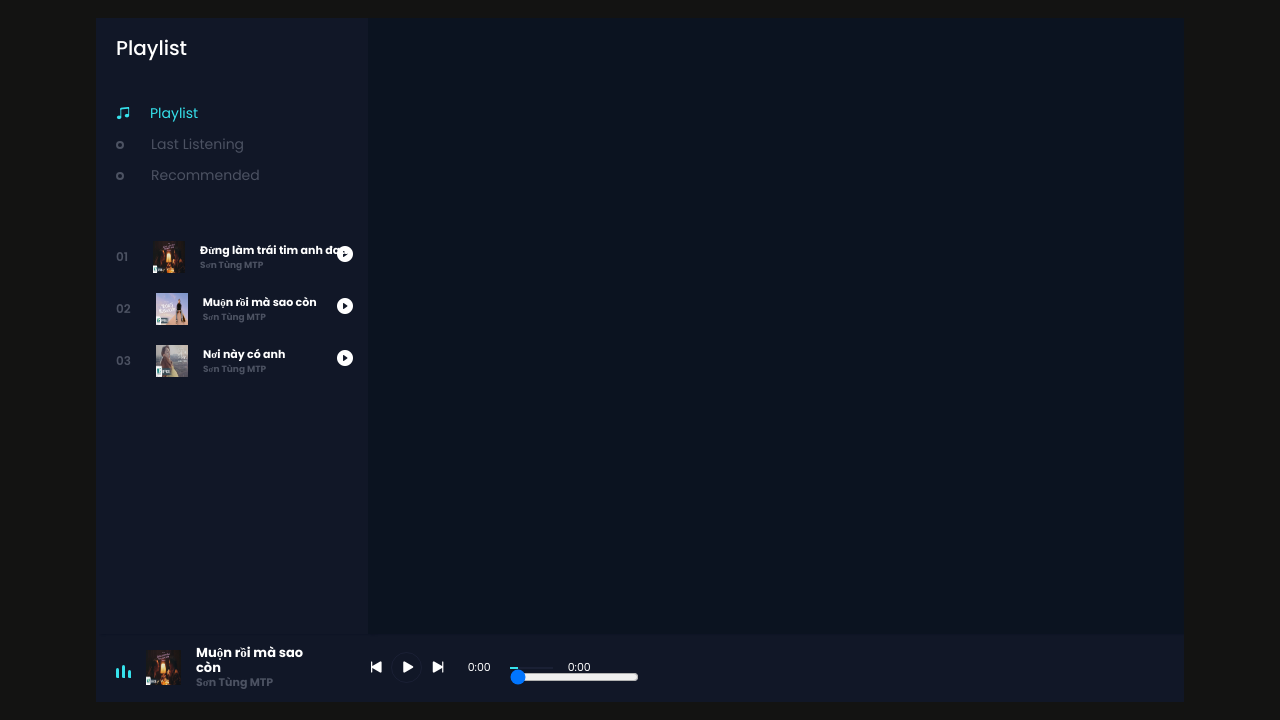
Repository: reminzuetto/Music-Website
Page: index.html
These files come from the project's save history. The page is drawn as it stood at one moment and after the next save; the edit follows.
The browser window is 1280 px wide. The pictures show the whole page.

Above is the page before, as saved 2024-06-11 00:02:39.

### index.html
<!DOCTYPE html>
<html lang="en">
  <head>
    <meta charset="UTF-8" />
    <meta name="viewport" content="width=device-width, initial-scale=1.0" />
    <link rel="stylesheet" href="./style.css" />
    <link
      rel="stylesheet"
      href="https://cdn.jsdelivr.net/npm/bootstrap-icons@1.11.3/font/bootstrap-icons.min.css"
    />
    <title>Music Website</title>
  </head>
  <body>
    <header>
      <div class="menu_side">
        <h1>Playlist</h1>
        <div class="playlist">
          <h4 class="active">
            <span></span><i class="bi bi-music-note-beamed"></i>Playlist
          </h4>
          <h4>
            <span></span><i class="bi bi-music-note-beamed"></i>Last Listening
          </h4>
          <h4>
            <span></span><i class="bi bi-music-note-beamed"></i>Recommended
          </h4>
        </div>
        <div class="menu_song">
          <li class="songItem">
            <span>01</span>
            <img
              src="./MusicThumbnail/DungLamTraiTimAnhDau.jpg"
              alt="DungLamTraiTimAnhDau"
            />
            <h5 class="subtitle">
              Đừng làm trái tim anh đau
              <div class="subtitle">Sơn Tùng MTP</div>
            </h5>
            <i class="bi bi-play-circle-fill"></i>
          </li>
          <li class="songItem">
            <span>02</span>
            <img
              src="./MusicThumbnail/MuonRoiMaSaoCon.jpg"
              alt="MuonRoiMaSaoCon"
            />
            <h5 class="subtitle">
              Muộn rồi mà sao còn
              <div class="subtitle">Sơn Tùng MTP</div>
            </h5>
            <i class="bi bi-play-circle-fill"></i>
          </li>
          <li class="songItem">
            <span>03</span>
            <img src="./MusicThumbnail/NoiNayCoAnh.jpg" alt="NoiNayCoAnh" />
            <h5 class="subtitle">
              Nơi này có anh
              <div class="subtitle">Sơn Tùng MTP</div>
            </h5>
            <i class="bi bi-play-circle-fill"></i>
          </li>
        </div>
      </div>
      <div class="song_side"></div>
      <div class="master_play">
        <div class="wave">
          <div class="wave1"></div>
          <div class="wave1"></div>
          <div class="wave1"></div>
        </div>
        <img
          src="./MusicThumbnail/DungLamTraiTimAnhDau.jpg"
          alt="DungLamTraiTimAnhDau"
        />
        <h5 class="subtitle">
          Muộn rồi mà sao còn
          <div class="subtitle">Sơn Tùng MTP</div>
        </h5>
        <div class="icon">
          <i class="bi bi-skip-start-fill"></i>
          <i class="bi bi-play-fill"></i>
          <i class="bi bi-skip-end-fill"> </i>
        </div>
        <span class="currentStart">0:00</span>
        <div class="bar">
          <input type="range" id="seek" min="0" value="0" max="100" />
          <div class="bar2"></div>
          <div class="dot"></div>
        </div>
        <span class="currentEnd">0:00</span>
      </div>
    </header>
    <script src="./main.js"></script>
  </body>
</html>

### style.css
@import url("https://fonts.googleapis.com/css2?family=Poppins:ital,wght@0,100;0,200;0,300;0,400;0,500;0,600;0,700;0,800;0,900;1,100;1,200;1,300;1,400;1,500;1,600;1,700;1,800;1,900&display=swap");
* {
  padding: 0%;
  margin: 0%;
  box-sizing: border-box;
}

body {
  width: 100%;
  height: 100vh;
  background-color: #131312;
  font-family: "Poppins", "sans-serif";
  display: flex;
  align-items: center;
  justify-content: center;
}

header {
  width: 85%;
  height: 95%;
  /* border: 1px solid #fff; */
  display: flex;
  flex-wrap: wrap;
  overflow: hidden;
}

header .menu_side,
.song_side {
  position: relative;
  width: 25%;
  height: 90%;
  /* border: 1px solid #fff; */
  background-color: #111727;
  box-shadow: 5px 0px 2px #090f1f;
  color: #fff;
}

header .song_side {
  width: 75%;
  background: #0b1320;
}

header .master_play {
  width: 100%;
  height: 10%;
  background: #111727;
  box-shadow: 0px 3px 8px #090f1f;
}

header .menu_side h1 {
  font-size: 20px;
  margin: 15px 0px 0px 20px;
  font-weight: 500;
}

header .menu_side .playlist {
  margin: 40px 0px 0px 20px;
}
header .menu_side .playlist h4 {
  font-size: 14px;
  font-weight: 400;
  padding-bottom: 10px;
  color: #4c5262;
  cursor: pointer;
  display: flex;
  align-items: center;
  transition: 0.3 linear;
}

header .menu_side .playlist h4:hover {
  color: #fff;
}
header .menu_side .playlist h4 span {
  position: relative;
  margin-right: 35px;
}
header .menu_side .playlist h4 span::before {
  content: "";
  position: absolute;
  width: 4px;
  height: 4px;
  border: 2px solid #4c5262;
  border-radius: 50%;
  top: -4px;
  transition: 0.3s linear;
}

header .menu_side .playlist h4:hover span::before:hover {
  border: 2px solid #fff;
}

header .menu_side .playlist h4 .bi {
  display: none;
}

header .menu_side .playlist .active {
  color: #36e2ec;
}

header .menu_side .playlist .active span {
  display: none;
}

header .menu_side .playlist .active .bi {
  display: block;
  margin-right: 20px;
}

header .menu_side .menu_song {
  width: 100%;
  height: 320px;
  /* border: 1px solid #fff; */
  margin-top: 40px;
}
header .menu_side .menu_song li {
  position: relative;
  list-style: none;
  padding: 5px 0px 5px 20px;
  margin-bottom: 10px;
  cursor: pointer;
  transition: 0.3s linear;
  display: flex;
  align-items: center;
}
header .menu_side .menu_song li:hover {
  background: rgb(105, 105, 170, 0.1);
}
header .menu_side .menu_song li span {
  font-size: 12px;
  font-weight: 600;
  color: #4c5262;
}
header .menu_side .menu_song li img {
  width: 32px;
  height: 32px;
  margin-left: 25px;
}

header .menu_side .menu_song li h5 {
  font-size: 11px;
  margin-left: 15px;
}

header .menu_side .menu_song li h5 .subtitle {
  font-size: 9px;
  color: #4c5262;
}

header .menu_side .menu_song li .bi {
  position: absolute;
  right: 15px;
  top: 6px;
}

header .master_play {
  display: flex;
  align-items: center;
  padding: 0 20px;
}

header .master_play .wave {
  width: 30px;
  height: 30px;
  padding-bottom: 5px;
  display: flex;
  align-items: flex-end;
}

header .master_play .wave .wave1 {
  width: 3px;
  height: 10px;
  margin-right: 3px;
  border-radius: 10px 10px 0 10px;
  background: #36e2ec;
  animation: unset;
}

header .master_play .wave .wave1:nth-child(2) {
  /* animation-delay: 0.4s; */
  height: 13px;
}

header .master_play .wave .wave1:nth-child(3) {
  /* animation-delay: 0.8s; */
  height: 8px;
}

/* javascript wave animation class */
header .master_play .active2 .wave1 {
  animation: wave 0.5s linear infinite;
}

header .master_play .active2 .wave1:nth-child(2) {
  animation-delay: 0.4s;
}

header .master_play .active2 .wave1:nth-child(3) {
  animation-delay: 0.8s;
}
@keyframes wave {
  0% {
    height: 10px;
  }
  50% {
    height: 15px;
  }
  100% {
    height: 10px;
  }
}

header .master_play img {
  width: 35px;
  height: 35px;
}

header .master_play h5 {
  width: 130px;
  font-size: 13px;
  margin-left: 15px;
  color: #fff;
  line-height: 15px;
}

header .master_play h5 .subtitle {
  font-size: 11px;
  color: #4c5262;
}

header .master_play .icon {
  font-size: 20px;
  color: #fff;
  margin: 0 20px 0 40px;
}

header .master_play .icon .bi {
  cursor: pointer;
  outline: none;
}

header .master_play .icon .bi:nth-child(2) {
  border: 1px solid rgb(105, 105, 170, 0.1);
  border-radius: 50%;
  padding: 1px 3px 0px 6px;
  transition: 0.3 linear;
}

header .master_play span {
  width: 32px;
  font-size: 11px;
  font-weight: 400;
  color: #fff;
}

header .master_play #currentStart {
  margin: 0 0 0 20px;
}

header .master_play .bar {
  position: relative;
  width: 43px;
  height: 2px;
  background: rgb(105, 105, 170, 0.1);
  margin: 0 15px 0 10px;
}

header .master_play .bar .bar2 {
  position: absolute;
  background: #36e2ec;
  width: 20%;
  height: 100%;
  top: 0;
}
header .master_play .bar .bar2 {
  position: absolute;
  background: #36e2ec;
  width: 20%;
  height: 100%;
  top: 0;
}

Loaded but not shown: main.js (no copy from this time; the picture is the same without it)

After the next save:
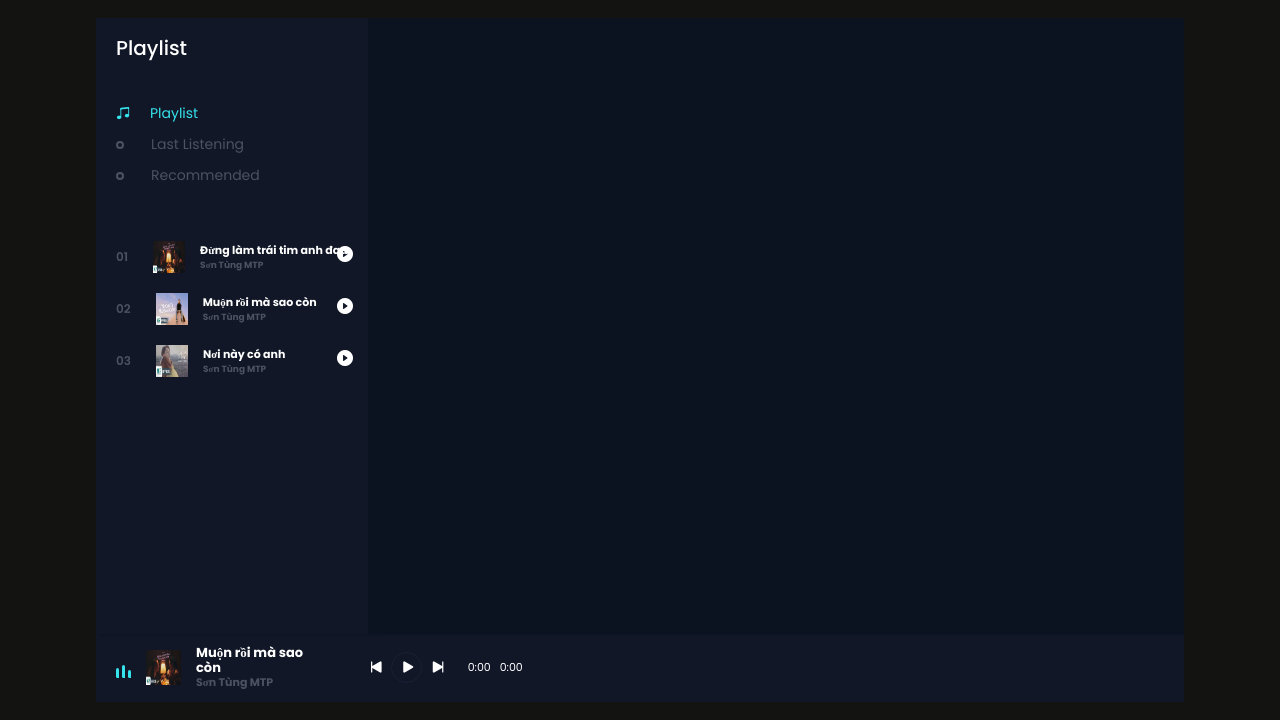
Saved 8 s later.
--- a/index.html
+++ b/index.html
@@ -82,11 +82,6 @@
           <i class="bi bi-skip-end-fill"> </i>
         </div>
         <span class="currentStart">0:00</span>
-        <div class="bar">
-          <input type="range" id="seek" min="0" value="0" max="100" />
-          <div class="bar2"></div>
-          <div class="dot"></div>
-        </div>
         <span class="currentEnd">0:00</span>
       </div>
     </header>
